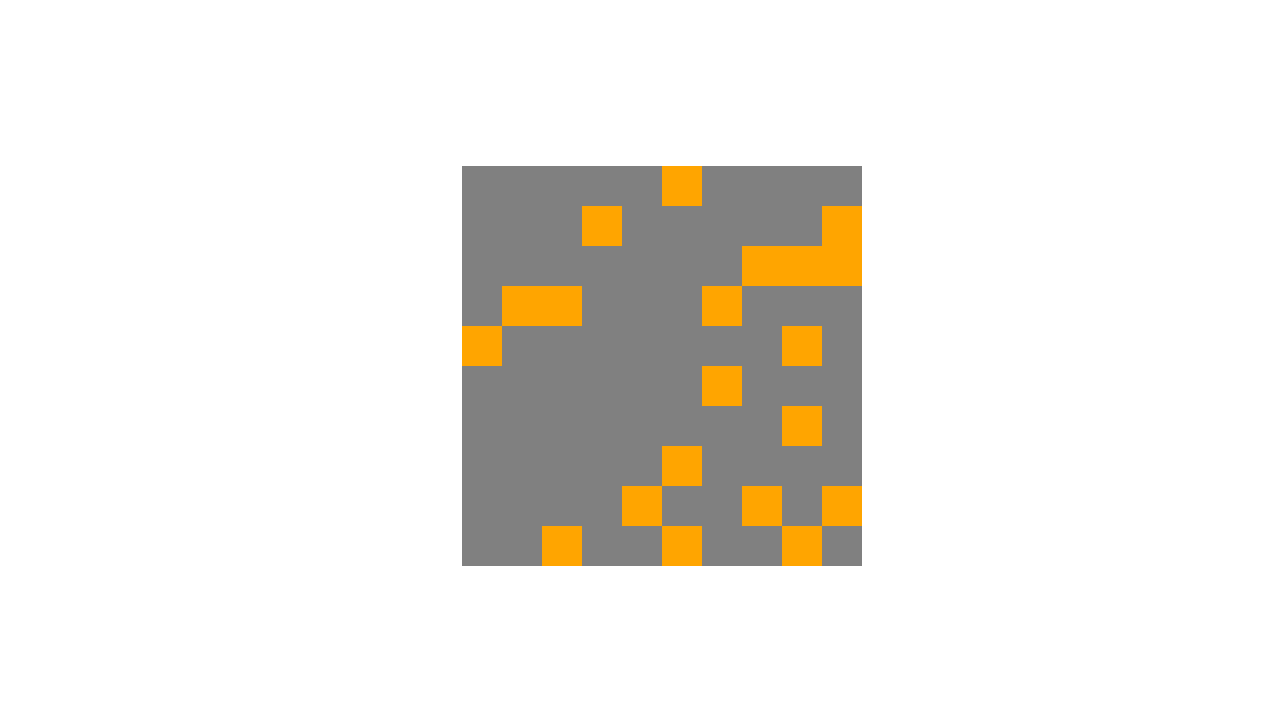
Repository: issaRan/MineSweeper
Page: html/index.html
The author's editor kept a copy of each file at every save. The page is drawn from the files as they stood at one save, then again after the next save.
The browser window is 1280 px wide. The pictures show the whole page.

Above is the page before, as saved 2020-10-23 15:40:12.

### html/index.html
<!DOCTYPE html>
<html lang="en">
<head>
    <meta charset="UTF-8">
    <meta name="viewport" content="width=device-width, initial-scale=1.0">
    <title>MineSweeper</title>
    <link rel="stylesheet" href="../css/styles.css">
    <script src="../js/index.js" charset="utf-8"></script>
</head>
<body>
  <div class="grid"></div>
</body>
</html>

### css/styles.css
.grid {
    height: 400px;
    width: 400px;
    display: flex;
    flex-wrap: wrap;
    background-color: grey;
    position: absolute;
    top: 30%;
    left: 40%;
    margin-top: -50px;
    margin-left: -50px;
}
.grid div {
    height: 40px;
    width: 40px ;
    border: red;
}

.bomb {
    background-color: orange;
}
.checked{
    background-color: red;
}

### js/index.js
document.addEventListener('DOMContentLoaded',()=>{
    const grid = document.querySelector('.grid')
    let width = 10
    let flag = 0
    let squares = []
    let isGameOver = false
    let bombAamount = 20
    function createBoard(){
        const bombArray = Array(bombAamount).fill('bomb')
        const emptyArray = Array(width*width - bombAamount).fill('valid')
        const gameArray = emptyArray.concat(bombArray)
        const shuffledArray = gameArray.sort(()=> Math.random() -0.5)
        for(let i = 0; i < width*width;i++){
            const sqaure = document.createElement('div')
            sqaure.setAttribute('id',i)
            sqaure.classList.add(shuffledArray[i])
            grid.appendChild(sqaure)
            squares.push(sqaure)
            sqaure.addEventListener('click',(e)=>{
                click(sqaure)
            })
            sqaure.oncontextmenu = function(e){
                e.preventDefault()
                addFlag(sqaure)
            }
        }
        for (let i = 0; i < squares.length; i++) {
            let total = 0
            const isLeftEdge = (i % width === 0)
            const isRightEdge = (i % width === width -1)

            if (squares[i].classList.contains('valid')) {
              if (i > 0 && !isLeftEdge && squares[i -1].classList.contains('bomb')) total ++
              if (i > 9 && !isRightEdge && squares[i + 1 -width].classList.contains('bomb')) total ++
              if (i > 10 && squares[i -width].classList.contains('bomb')) total ++
              if (i > 11 && !isLeftEdge && squares[i -1 -width].classList.contains('bomb')) total ++
              if (i < 98 && !isRightEdge && squares[i +1].classList.contains('bomb')) total ++
              if (i < 90 && !isLeftEdge && squares[i -1 +width].classList.contains('bomb')) total ++
              if (i < 88 && !isRightEdge && squares[i +1 +width].classList.contains('bomb')) total ++
              if (i < 89 && squares[i +width].classList.contains('bomb')) total ++
              squares[i].setAttribute('data', total)
            }
        }
    }
    createBoard()
    function click(square){
        let currentId = square.id
        if(isGameOver) return
        if(square.classList.contains('checked') || square.classList.contains('flag')){
            return
        }
        if(square.classList.contains('bomb')){
            gameOver(square)
        }else{
            let total = square.getAttribute('data')
            if(total != 0){
                square.classList.add('checked')
                square.innerHTML = total
                return
            }
            checkSquare(square,currentId)
        }
        square.classList.add('checked')

    }
    function checkSquare(square,currentId){
        const isLeftEdge = (currentId % width === 0)
        const isRightEdge = (currentId % width === width -1)
        setTimeout(()=>{
            if (currentId > 0 && !isLeftEdge) {
                const newId = squares[parseInt(currentId) -1].id
                //const newId = parseInt(currentId) - 1   ....refactor
                const newSquare = document.getElementById(newId)
                click(newSquare)
              }
              if (currentId > 9 && !isRightEdge) {
                const newId = squares[parseInt(currentId) +1 -width].id
                //const newId = parseInt(currentId) +1 -width   ....refactor
                const newSquare = document.getElementById(newId)
                click(newSquare)
              }
              if (currentId > 10) {
                const newId = squares[parseInt(currentId -width)].id
                const newSquare = document.getElementById(newId)
                click(newSquare)
              }
              if (currentId > 11 && !isLeftEdge) {
                const newId = squares[parseInt(currentId) -1 -width].id

                const newSquare = document.getElementById(newId)
                click(newSquare)
              }
              if (currentId < 98 && !isRightEdge) {
                const newId = squares[parseInt(currentId) +1].id
                const newSquare = document.getElementById(newId)
                click(newSquare)
              }
              if (currentId < 90 && !isLeftEdge) {
                const newId = squares[parseInt(currentId) -1 +width].id
                const newSquare = document.getElementById(newId)
                click(newSquare)
              }
              if (currentId < 88 && !isRightEdge) {
                const newId = squares[parseInt(currentId) +1 +width].id
                const newSquare = document.getElementById(newId)
                click(newSquare)
              }
              if (currentId < 89) {
                const newId = squares[parseInt(currentId) +width].id
                const newSquare = document.getElementById(newId)
                click(newSquare)
              }
        },10)
    }
    function gameOver(square){
        console.log("Boom !")
        isGameOver = true
        squares.forEach(square=> {
            if(square.classList.contains('bomb')){
                square.innerHTML = '💣'
            }
        })
    }
    function addFlag(square){
        if(isGameOver) return
        if(!square.classList.contains('checked') && (flag < bombAamount)) {
            if(!square.classList.contains('flag')){
                square.classList.add('flag')
                square.innerHTML = ' 🚩'
                checkForWin()
                flag++;
            }else{
                square.classList.remove('flag')
                square.innerHTML = ''
                flag--;
            }
        }
    }
    function checkForWin(){
        let matches = 0
        for(let i = 0; i < squares.length;i++){
            if(squares[i].classList.contains('flag') && squares[i].classList.contains('bomb')){
                matches++
            }
            if(matches == bombAamount){
                isGameOver = true
                console.log('You Win !')
            }
        }
    }
})

After the next save:
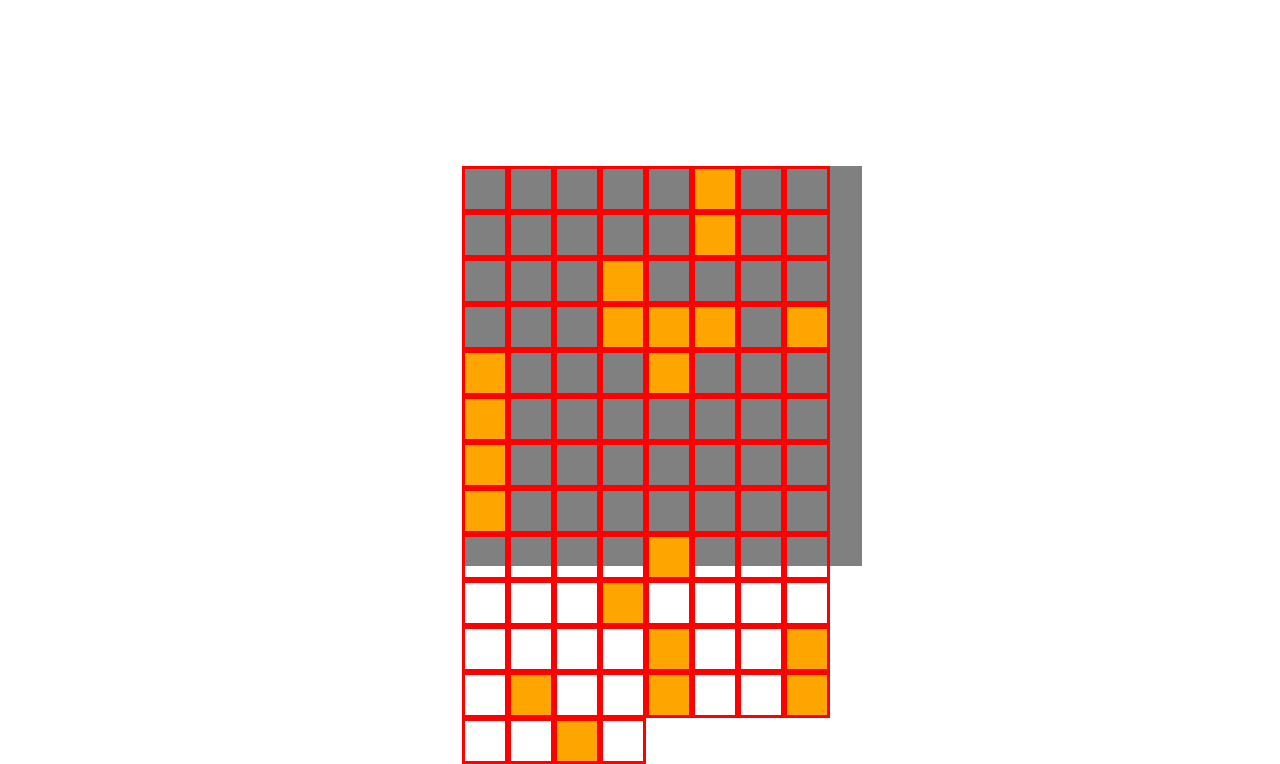
Saved 12 s later.
--- a/css/styles.css
+++ b/css/styles.css
@@ -13,7 +13,7 @@
 .grid div {
     height: 40px;
     width: 40px ;
-    border: red;
+    border: red solid 3px;
 }
 
 .bomb {

After the save that followed:
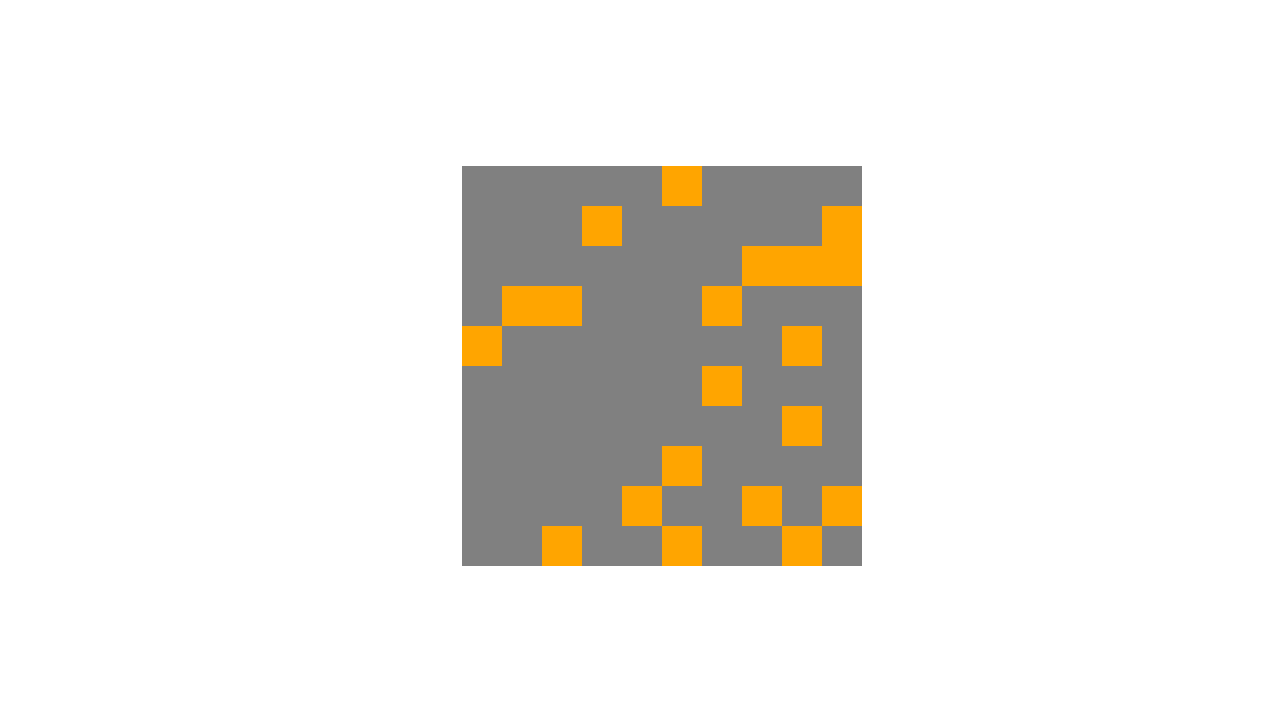
Saved 23 s later.
--- a/css/styles.css
+++ b/css/styles.css
@@ -13,7 +13,6 @@
 .grid div {
     height: 40px;
     width: 40px ;
-    border: red solid 3px;
 }
 
 .bomb {
